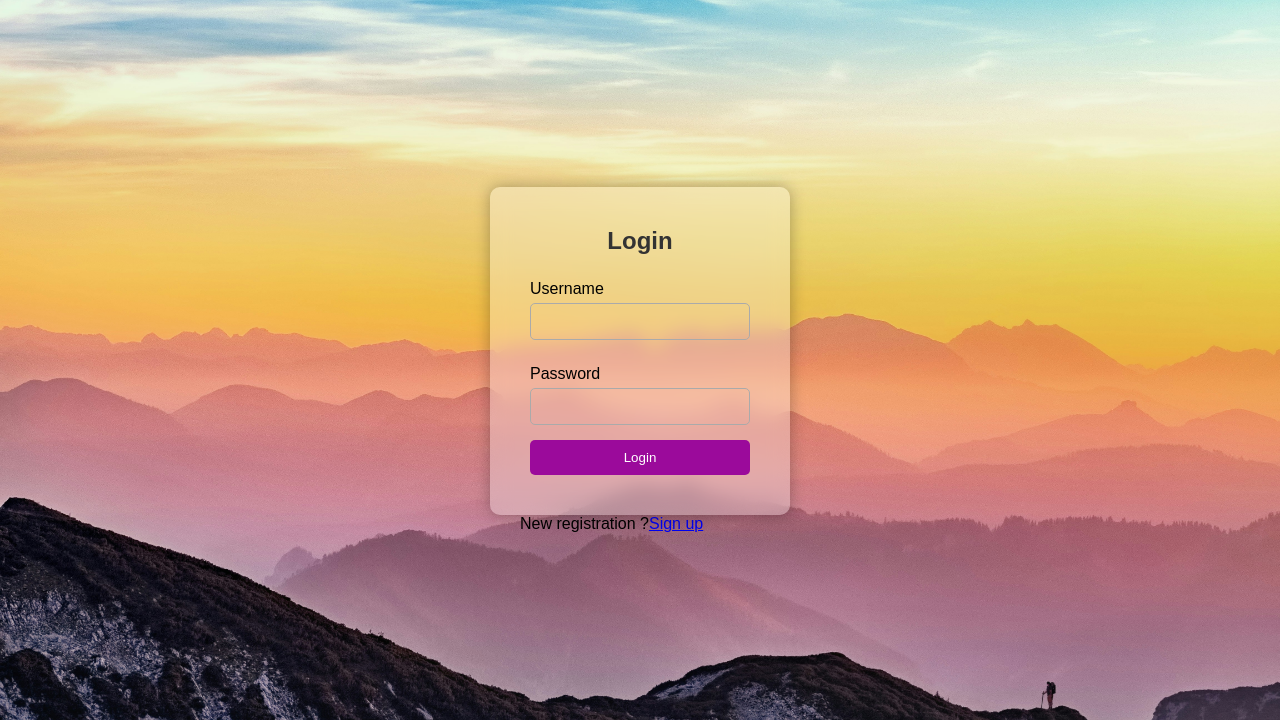
Repository: aboli-vyas/Servlet_Projects
Page: Sevlet_Project/src/main/webapp/Login.html
The author's editor kept a copy of each file at every save. The page is drawn from the files as they stood at one save, then again after the next save.
The browser window is 1280 px wide. The pictures show the whole page.

Above is the page before, as saved 2025-06-08 11:53:57.

### Sevlet_Project/src/main/webapp/Login.html
<!DOCTYPE html>
<html lang="en">
<head>
  <meta charset="UTF-8">
  <title>Login Form</title>
  <link rel="stylesheet" href="style2.css">
</head>
<body>
<form action="login" method="post">
  <div class="login-container">
    <h2>Login</h2>
      <label for="username">Username</label>
      <input type="text" id="username" name="username" required>

      <label for="password">Password</label>
      <input type="password" id="password" name="password" required>

      <button type="submit">Login</button>

      <p class="error-message" id="error">Password Incorrect</p>


  </div>
   <label class="sign">New registration ?<a href="Registration.html">Sign up</a></label>
    </form>
</body>
</html>

### Sevlet_Project/src/main/webapp/style2.css
* {
  box-sizing: border-box;
  margin: 0;
  padding: 0;
  font-family: Arial, sans-serif;
}

body {
  background: linear-gradient(to right, #6a11cb, #2575fc);
  height: 100vh;
  display: flex;
  justify-content: center;
  align-items: center;
  background-image: url("Images/bg2.jpg");
  background-size: cover;
  background-position: center;
  background-repeat: no-repeat;

}

.login-container {
  background-color: rgba(255, 255, 255, 0.3); /* semi-transparent */
  backdrop-filter: blur(10px); /* optional blur */
  padding: 40px;
  border-radius: 10px;
  width: 300px;
  box-shadow: 0 0 15px rgba(0,0,0,0.3);
}

.login-container h2 {
  text-align: center;
  margin-bottom: 25px;
  color: #333;
}

.login-container label {
  display: block;
  margin: 10px 0 5px;
  color: black;
}

.login-container input {
  width: 100%;
  padding: 10px;
  border: 1px solid #aaa;
  border-radius: 5px;
  margin-bottom: 15px;
  background-color: transparent;

}

.login-container button {
  width: 100%;
  padding: 10px;
  background-color: #9b0a9b ;
  color: white;
  border: none;
  border-radius: 5px;
  cursor: pointer;
}

.login-container button:hover {
  background-color: #1a5ed9;
}

.error-message {
  color: red;
  text-align: center;
  display: none;
}
.sign{
	margin-left: 30px;
}

After the next save:
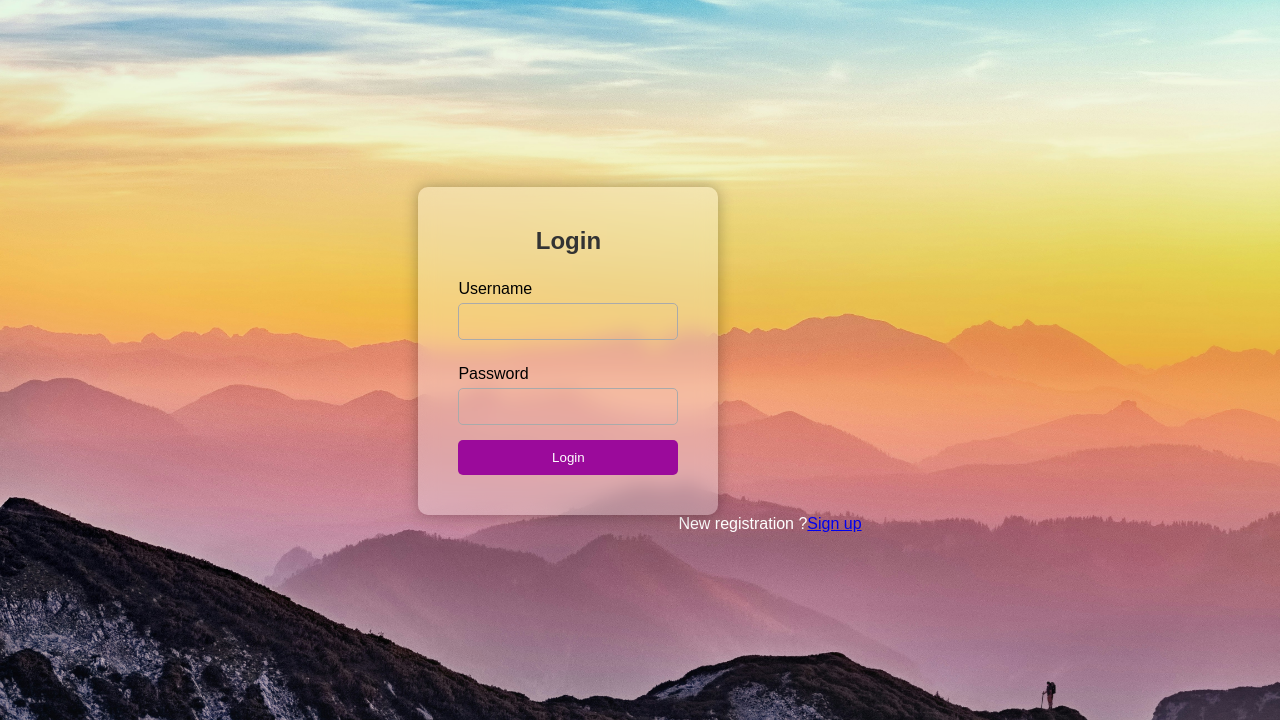
Saved 40 s later.
--- a/Sevlet_Project/src/main/webapp/style2.css
+++ b/Sevlet_Project/src/main/webapp/style2.css
@@ -69,5 +69,7 @@
   display: none;
 }
 .sign{
-	margin-left: 30px;
+    color: white;
+    margin-left: 260px;
+    margin-top: 20px;
 }

After the save that followed:
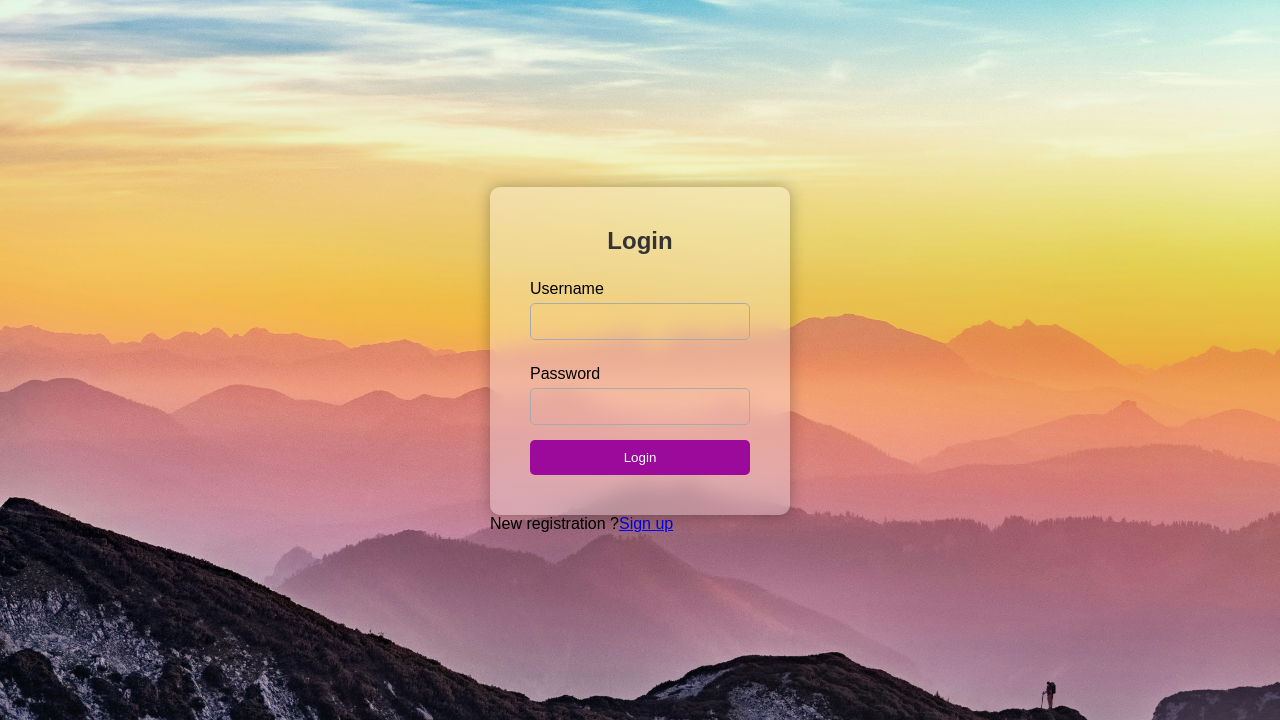
Saved 43 s later.
--- a/Sevlet_Project/src/main/webapp/style2.css
+++ b/Sevlet_Project/src/main/webapp/style2.css
@@ -68,8 +68,3 @@
   text-align: center;
   display: none;
 }
-.sign{
-    color: white;
-    margin-left: 260px;
-    margin-top: 20px;
-}
